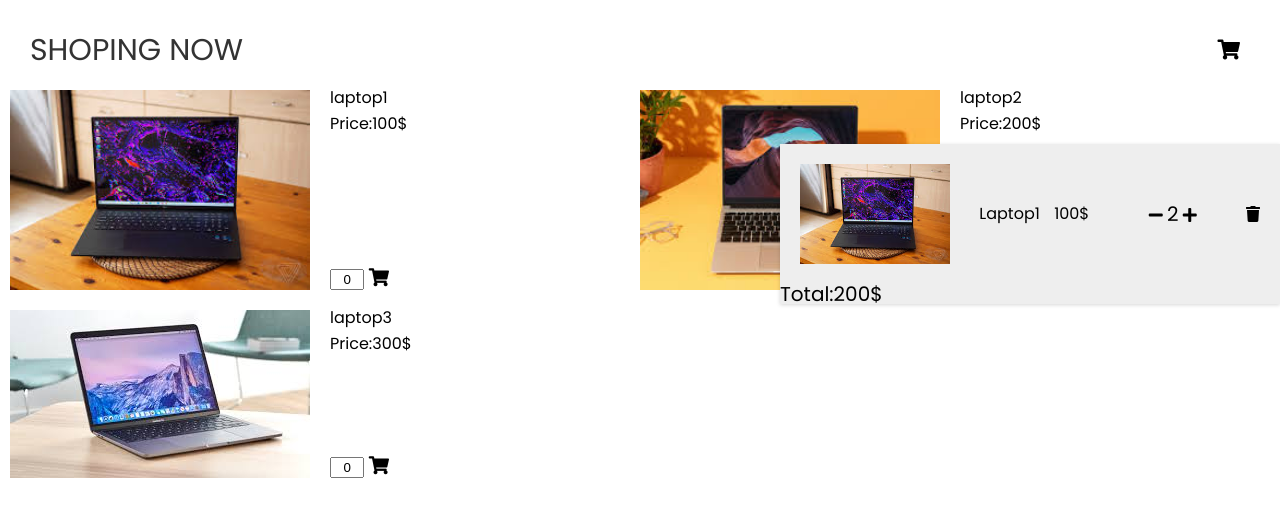
Repository: nttthao9/shopingcart
Page: index.html
An editor plug-in stored every save of this project. The page is shown before and after the next save, followed by the edit.
The browser window is 1280 px wide. The pictures show the whole page.
Some web libraries are served in a nearby version.

Above is the page before, as saved 2021-10-04 15:04:17.

After the next save:
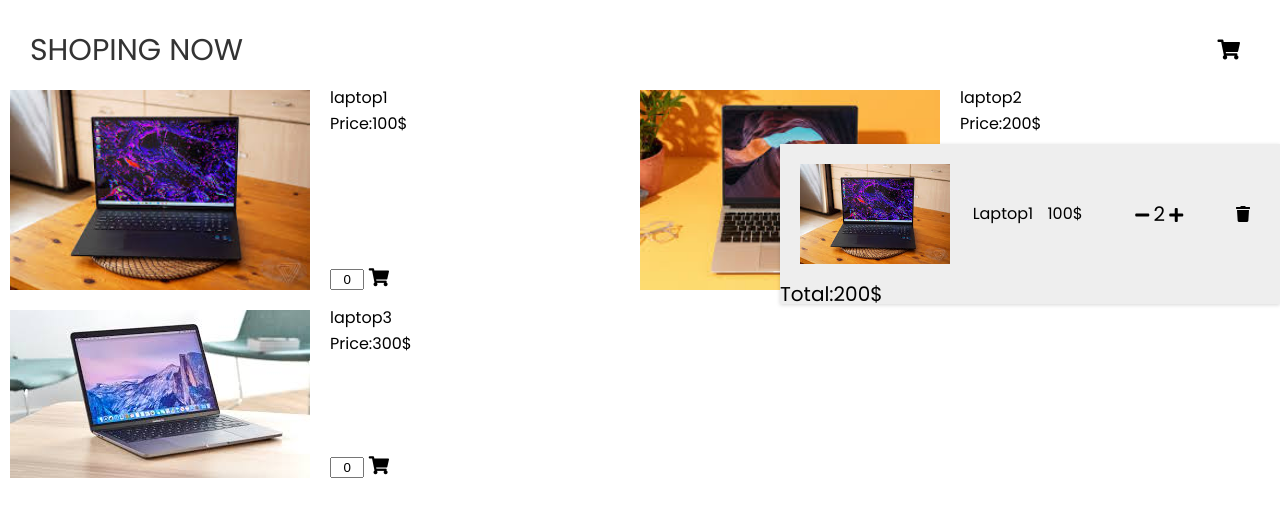
Saved 13 s later.
--- a/styles/style.css
+++ b/styles/style.css
@@ -115,3 +115,7 @@ body {
 .total-price {
   font-size: 2rem;
 }
+.trash-icon {
+  padding: 1rem;
+  cursor: pointer;
+}
